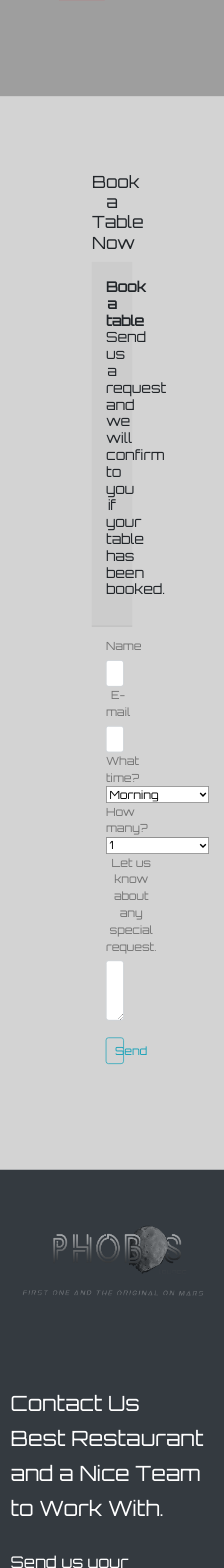
Repository: Code-Institute-Submissions/vinicald-Milestone-Project-1
Page: index.html
The author's editor kept a record of every edit. The page is drawn from the files as they stood at one moment, then again after the next edit.
The browser window is 320 px wide. The pictures show the part of the page from y = 2510 to 4750 px (the page is 5299 px tall), at 70% of full size.
Pictures or frames that could not be fetched are drawn as grey boxes. Backgrounds fixed to the window are drawn as part of the page. Some web fonts or font styles are not loaded; a fallback is used. Some web libraries are served in a nearby version.

Above is the page before.

### index.html
<!DOCTYPE html>
<html lang="en">

<head>
    <meta charset="UTF-8">
    <meta name="viewport" content="width=device-width, initial-scale=1.0">
    <meta http-equiv="X-UA-Compatible" content="ie=edge">
    <link rel="stylesheet" href="https://stackpath.bootstrapcdn.com/bootstrap/4.3.1/css/bootstrap.min.css" integrity="sha384-ggOyR0iXCbMQv3Xipma34MD+dH/1fQ784/j6cY/iJTQUOhcWr7x9JvoRxT2MZw1T" crossorigin="anonymous">
    <link rel="stylesheet" href="https://cdnjs.cloudflare.com/ajax/libs/font-awesome/5.9.0/css/all.css" integrity="undefined" crossorigin="anonymous" />
    <link rel="stylesheet" href="https://cdnjs.cloudflare.com/ajax/libs/hover.css/2.3.1/css/hover-min.css" integrity="sha256-c+C87jupO1otD1I5uyxV68WmSLCqtIoNlcHLXtzLCT0=" crossorigin="anonymous" />
    <link rel="stylesheet" href="assets/css/style.css" type="text/css" />
    <title>Phobos - The Only One</title>
</head>

<body>

    <header>
        <nav class="navbar navbar-expand-lg navbar-light">
            <a href="#home" class="navbar-brand ml-3">Phobos</a>
            <button class="navbar-toggler" type="button" data-toggle="collapse" data-target="#navbarMenu" arial-controls="navbarMenu" aria-expand="false" aria-label="Toggle Navigation">
                <span class="navbar-toggler-icon"></span>
            </button>
            <div class="collapse navbar-collapse"></div>
            <div class="collapse navbar-collapse" id="navbarMenu">
                <ul class="navbar-nav ml-auto">
                    <li class="nav-item">
                        <a href="#home" class="nav-link">Home</a>
                    </li>
                    <li class="nav-item">
                        <a href="#aboutus" class="nav-link">About Us</a>
                    </li>
                    <li class="nav-item">
                        <a href="#menu" class="nav-link">Menu</a>
                    </li>
                    <li class="nav-item">
                        <a href="#bookatable" class="nav-link">Book a Table</a>
                    </li>
                    <li class="nav-item">
                        <a href="#contactus" class="nav-link">Contact Us</a>
                    </li>
                </ul>
            </div>
        </nav>
    </header>

    <main>
        <div class="container-fluid p-0" id="home">
            <div class="site-content">
                <div class="d-flex justify-content-center">
                    <div class="d-flex flex-column">
                        <h1 class="site-title">Phobos Mars</h1>
                        <p class="site-desc">First one and The original on Mars.<br>More than 10 Awards</br>
                        </p>
                        <div class="d-flex flex-row">
                            <a href="#menu" class="btn site-btn1 px-4 py-3 mr-4 btn-light" role="button">Menu</a>
                        </div>
                    </div>
                </div>
            </div>
        </div>

        <div class="aboutus" id="aboutus">
            <div class="container text-center">
                <h1 class="heading-1">About us</h1>
                <h1 class="heading-2">A different Story and Unexpected Food</h1>
                <p class="para-1">The first restaurant on Mars, since 1972.</p>
                <div class="row justify-content-center text-center">
                    <div class="col-md-4">
                        <div class="card">
                            <img src="assets/images/restaurante.jpg" alt="Image1" class="card-img-top"></img>
                            <div class="card-body">
                                <h4 class="card-title">
                                    The First One
                                </h4>
                                <p class="card-text">
                                    The Restaurant was created in 1972, after our good old friend Louis Armstrong started this business on Mars.
                                </p>
                            </div>
                        </div>
                    </div>
                    <div class="col-md-4">
                        <div class="card">
                            <img src="assets/images/couple-on-coffee-date.jpg" alt="Image2" class="card-img-top">
                            <div class="card-body">
                                <h4 class="card-title">
                                    More Than 10 Awards
                                </h4>
                                <p class="card-text">
                                    We have been nominated more than 30 times for the Alien Space Restaurant of the Galaxy and we have won more than 10 Awards.
                                </p>
                            </div>
                        </div>
                    </div>
                    <div class="col-md-4">
                        <div class="card">
                            <img src="assets/images/cheers-to-holiday-eggnog.jpg" alt="Image3" class="card-img-top">
                            <div class="card-body">
                                <h4 class="card-title">
                                    The Perfect Food
                                </h4>
                                <p class="card-text">
                                    We serve the perfect dishes to all situations, from a galaxy meeting til a quick coffee.
                                </p>
                            </div>
                        </div>
                    </div>

                </div>
            </div>
        </div>

        <div class="menu" id="menu">
            <div class="container-fluid">
                <div class="d-flex justify-content-end">
                    <div class="d-flex flex-column m-4">
                        <h1 class="heading-1">Menu</h1>
                        <p class="para">Check it below</p>
                        <a href="assets/images/MENU.pdf" class="btn btn-danger" role="button" target="_blank" class="cv-pdf">Menu
                        </a>
                    </div>
                </div>
            </div>
        </div>

        <div class="bookatable" id="bookatable">
            <div class="container-fluid bookcontent">
                <div class="d-flex justify-content-center m-4 bookmedia">
                    <div class="cardtable">
                        <h4 class="card-title">Book a Table Now</h4>
                        <h5 class="card-header info-color dark-text text-center py-4">
                            <strong>Book a table</strong>
                            <p>Send us a request and we will confirm to you if your table has been booked.</p>
                        </h5>
                        <div class="card-body px-lg-5 pt-0">
                            <form class="text-center" style="color: #757575;" action="#!">
                                <div class="md-form mt-3">
                                    <label for="materialContactFormName">Name</label>
                                    <input type="text" id="materialContactFormName" class="form-control">
                                </div>
                                <div class="md-form">
                                    <label for="materialContactFormEmail">E-mail</label>
                                    <input type="email" id="materialContactFormEmail" class="form-control">
                                </div>
                                <span>What time?</span>
                                <select class="mdb-select">
                                    <option value="" disabled>Choose option</option>
                                    <option value="1" selected>Morning</option>
                                    <option value="2">Afternoon</option>
                                    <option value="3">Evening</option>
                                </select>
                                <span>How many?</span>
                                <select class="mdb-select">
                                    <option value="" disabled>Choose option</option>
                                    <option value="1" selected>1</option>
                                    <option value="2">2</option>
                                    <option value="3">3</option>
                                    <option value="3">4</option>
                                    <option value="3">5+</option>
                                </select>
                                <div class="md-form">
                                    <label for="materialContactFormMessage">Let us know about any special request.</label>
                                    <textarea id="materialContactFormMessage" class="form-control md-textarea" rows="3"></textarea>
                                </div>
                                <button class="btn btn-outline-info btn-rounded btn-block z-depth-0 my-4 waves-effect" type="submit">Send</button>
                            </form>
                        </div>
                    </div>
                </div>
            </div>
        </div>


        <div class="contactus bg-dark" id="contactus">
            <div class="container">
                <div class="row">
                    <div class="col-md-7">
                        <img src="assets/images/logo mars.png" class="img-fluid" alt="Image7" width="590">
                    </div>
                    <div class="col-md-5">
                        <h1 class="text-white">
                            Contact Us<br> Best Restaurant and a Nice Team to Work With.
                        </h1>
                        <p class="para-1">Send us your message</p>
                        <div class="center-form">
                            <form>
                                <input type="text" name="name" id="fullname" class="form-control" placeholder="Name" required/>
                                <input type="email" name="email" id="emailaddress" class="form-control" placeholder="Email" required/>
                                <input type="textarea" row="5" name="projectsummary" id="projectsummary" class="form-control" placeholder="Message" required/>
                                <div class="form-row text-center">
                                    <div class="col">
                                        <button type="submit" class="btn btn-secondary">Contact us</button>
                                    </div>
                                </div>
                        </div>
                    </div>
                </div>
            </div>
        </div>
    </main>

    <footer>
        <div class="social text-center">
            <h4 style="margin-top: 5%">Best Restaurant - Mars 2019.</h4>
            <h4 class="my-4">Follow us below.</h4>
            <div class="social" style="margin: 5%;">
                <div class="d-flex flex-row justify-content-center">
                    <a href="#" target="_blank"><i class="fab fa-facebook-f m-2"></i></a>
                    <a href="#" target="_blank"><i class="fab fa-twitter m-2"></i></a>
                    <a href="#" target="_blank"><i class="fab fa-instagram m-2"></i></a>
                    <a href="#" target="_blank"><i class="fab fa-youtube m-2"></i></a>
                </div>
            </div>
            <hr>
            <h5 style="color: black">Phobos - Mars &copy</h5>
        </div>
    </footer>
    <script src="https://code.jquery.com/jquery-3.3.1.slim.min.js" integrity="sha384-q8i/X+965DzO0rT7abK41JStQIAqVgRVzpbzo5smXKp4YfRvH+8abtTE1Pi6jizo" crossorigin="anonymous"></script>
    <script src="https://cdnjs.cloudflare.com/ajax/libs/popper.js/1.14.7/umd/popper.min.js" integrity="sha384-UO2eT0CpHqdSJQ6hJty5KVphtPhzWj9WO1clHTMGa3JDZwrnQq4sF86dIHNDz0W1" crossorigin="anonymous"></script>
    <script src="https://stackpath.bootstrapcdn.com/bootstrap/4.3.1/js/bootstrap.min.js" integrity="sha384-JjSmVgyd0p3pXB1rRibZUAYoIIy6OrQ6VrjIEaFf/nJGzIxFDsf4x0xIM+B07jRM" crossorigin="anonymous"></script>
</body>

</html>

### assets/css/style.css
@import url('https://fonts.googleapis.com/css?family=Lexend+Deca: 100, 200, 300, 400, 500, 600, 700|Lato|Overlock+SC|Pacifico|Righteuos|Roboto|Orbitron|Exo:100, 200, 300, 400, 500, 600, 700');

body {
    padding: 0%;
    margin: 0%;
    font-family: "Lato";
}

/* Heading */

.navbar {
    background-color: #2B2A2B;
}

.navbar-brand {
    font-family: "Orbitron";
    font-size: 35px;
    color: #F0E9EE !important;
}

.nav-link {
    font-size: 16px;
    margin: 15px;
    color: grey !important;
    font-family: "Orbitron";
}

.nav-link:hover {
    color: #fafafa !important;
}

.action .nav-link {
    color: #fafafa !important;
}


/* Main Container */

.site-content {
    background-color: #BF402A;
    background-size: cover;
}

.site-title,
.site-desc {
    color: #F0E9EE;
    font-family: "Orbitron";
}

.site-title {
    margin-top: 30%;
    margin-bottom: 6%;
    font-size: 50px;
    text-align: center;
}

.site-desc {
    font-size: 14px;
    padding-left: 15%;
}

.site-btn1 {
    background-color: #fafafa;
    font-family: "Orbitron";
}

.site-btn1 {
    margin-top: 5%;
    margin-bottom: 40%;
    margin-left: 30%;
}

/* About Us */

.aboutus .heading-1 {
    margin-top: 8%;
    font-family: "Orbitron";
}

.aboutus .heading-2 {
    margin-bottom: 5%;
    font-size: 39px;
    font-family: "Orbitron";
}

.aboutus .para-1 {
    width: 60%;
    margin-left: 20%;
    margin-bottom: 5%;
    font-family: "Orbitron";
}

.aboutus .card-text,
.para-1 {
    color: #161616;
}

.aboutus {
    margin-bottom: 8%;
}

.card {
    width: 20rem;
}

/* Menu */

.menu .container-fluid {
    background-image: url('../images/berry-cheesecake.jpg');
    background-size: cover;
    background-attachment: fixed;
    padding-bottom: 5%;
}


.m-4 {
    margin: 6.5rem!important;
}

.menu .heading-1 {
    margin-top: 20%;
    margin-bottom: 4%;
    font-family: "Orbitron";
    width: 80%;
    color: #fafafa;
}

.menu .para {
    width: 100%;
    font-family: "Roboto";
    color: #fafafa;
    margin-bottom: 7%;
}

.menu .btn {
    margin-bottom: 15%;
    width: 60%;
    padding: 3% 5%;
}

/* Book a Table */

.bookatable {
    background-color: lightgrey;
}

.bookatable .bookcontent {
    padding-top: 1%;
    padding-bottom: 1%;
}

.bookatable .card-title {
    font-family: "Orbitron";
    padding-bottom: 2%;
    text-align: center;
}

.cardtable {
    max-width: 70%;
}

.card-header {
    font-family: "Orbitron";
}

.card-body {
    font-family: "Orbitron";
}

/* Contact Us */

.contactus {
    margin-top: 0%;
}

.contactus .row .col-md-7 .col-md-5 {
    margin-top: 10%;
    margin-bottom: 10%;
}

.contactus h1 {
    color: white;
    font-family: "Orbitron";
    line-height: 50px;
    font-size: 30px;
    text-decoration: none;
    margin-top: 20%;
}

.contactus .para-1 {
    color: white;
    font-family: "Orbitron";
    font-size: 23px;
    margin-top: 12%;
    margin-bottom: 10%;
}

.contactus .center-form {
    margin-bottom: 10%;
}

.contactus .form-control {
    margin-bottom: 5%;
}

/* Social */

.social {
    font-family: "Orbitron";
}

.social i {
    color: red;
    font-size: 20px;
}

/* Media */

@media screen and (max-width: 768px) {
    .menu .card {
        width: 14rem;
    }

    .bookatable .col-md-7 img {
        width: 350px;
    }
}

@media screen and (max-width: 320px) {
    .site-content .site-title {
        font-size: 30px;
        padding: 15%;
    }

    .site-content .site-btn1 {
        margin-left: 15%;
    }

    .aboutus .heading-1,
    section-1 .heading-2 {
        font-size: 25px;
    }

    .aboutus .col-md-4 {
        padding: 5%;
        margin-left: 8%;
    }

    .aboutus .card {
        width: 15rem;
    }

    .bookatable .col-md-5 {
        width: 15rem;
    }

    footer input[type="button"] {
        margin-top: 5%;
    }
}

After the next edit:
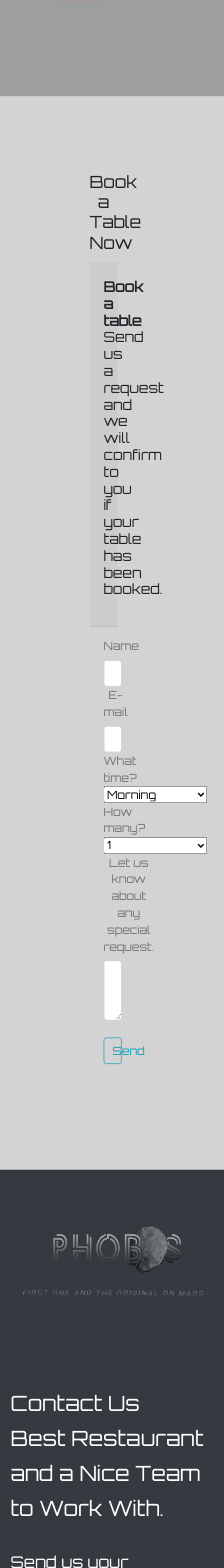
The edit:
--- a/assets/css/style.css
+++ b/assets/css/style.css
@@ -250,6 +250,12 @@
         width: 15rem;
     }
 
+    .bookatable .bookmedia {
+        width: 20%;
+        height: 40%;
+        padding:
+    }
+
     .bookatable .col-md-5 {
         width: 15rem;
     }

After the 4 edits that followed:
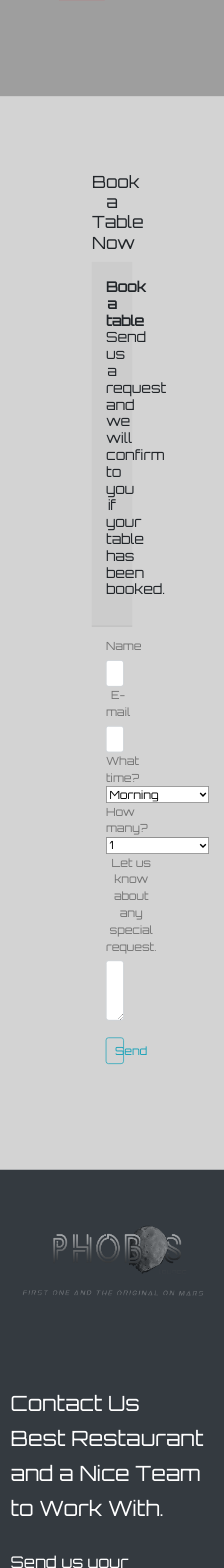
The 4 edits are shown as one change because 3 left the picture as it was.
The edit:
--- a/assets/css/style.css
+++ b/assets/css/style.css
@@ -250,15 +250,10 @@
         width: 15rem;
     }
 
-    .bookatable .bookmedia {
-        width: 20%;
-        height: 40%;
-        padding:
-    }
-
     .bookatable .col-md-5 {
         width: 15rem;
     }
+*/
 
     footer input[type="button"] {
         margin-top: 5%;
